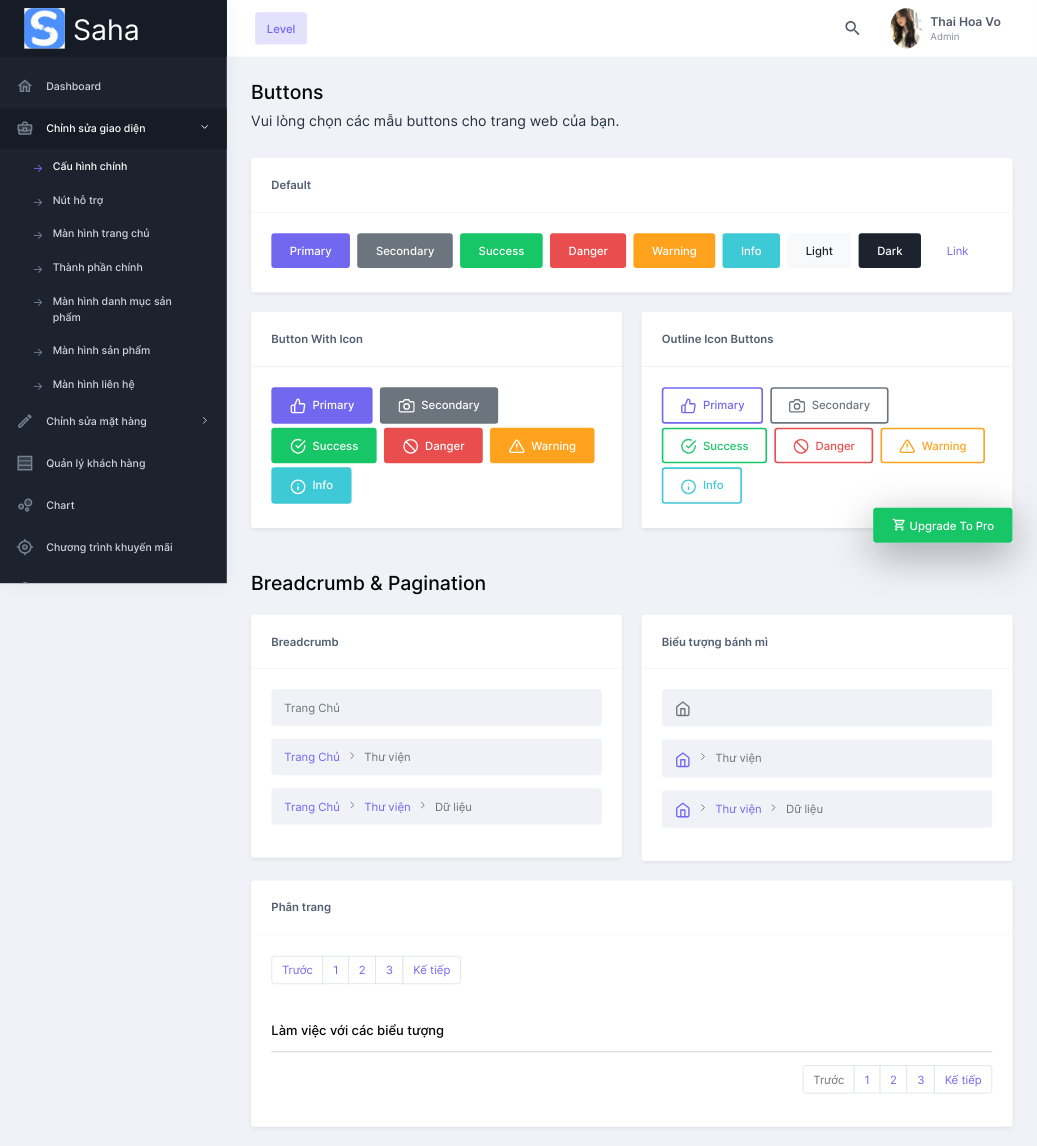
Repository: vothaihoa1998/sahashop.github.io
Page: edit-ui.html
These files come from the project's save history. The page is drawn as it stood at one moment and after the next save; the edit follows.
The browser window is 1280 px wide. The pictures show the whole page, at 81% of full size.

Above is the page before, as saved 2021-07-08 14:39:21.

After the next save:
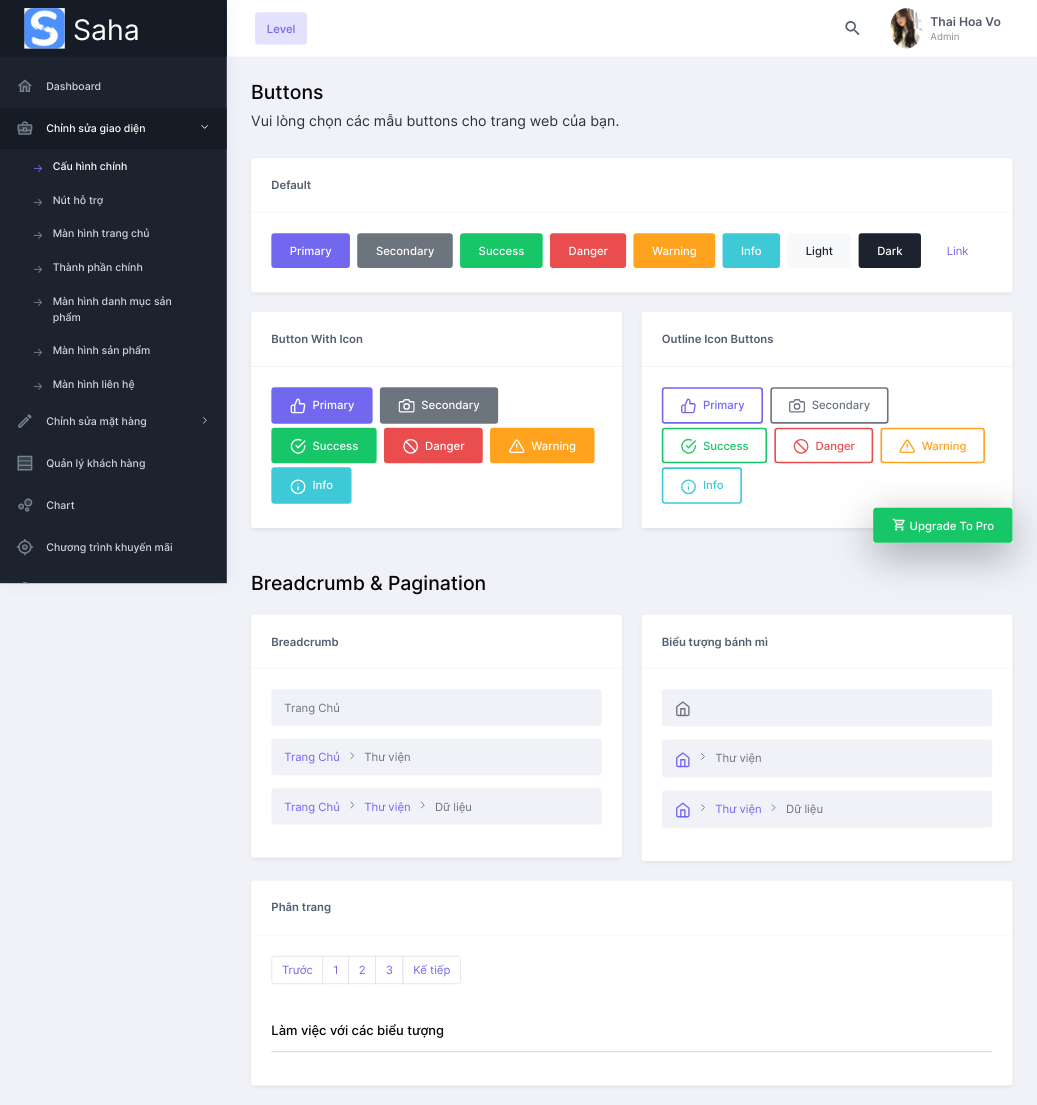
Saved 10 s later.
--- a/edit-ui.html
+++ b/edit-ui.html
@@ -502,19 +502,7 @@
 						<h5 class="mt-5"><font style="vertical-align: inherit;"><font style="vertical-align: inherit;">Làm việc với các biểu tượng</font></font></h5>
 						<hr>
 
-						<nav aria-label="Ví dụ về điều hướng trang">
-							<ul class="pagination justify-content-end">
-								<li class="page-item disabled">
-									<a class="page-link" href="#!" tabindex="-1"><font style="vertical-align: inherit;"><font style="vertical-align: inherit;">Trước</font></font></a>
-								</li>
-								<li class="page-item"><a class="page-link" href="#!"><font style="vertical-align: inherit;"><font style="vertical-align: inherit;">1</font></font></a></li>
-								<li class="page-item"><a class="page-link" href="#!"><font style="vertical-align: inherit;"><font style="vertical-align: inherit;">2</font></font></a></li>
-								<li class="page-item"><a class="page-link" href="#!"><font style="vertical-align: inherit;"><font style="vertical-align: inherit;">3</font></font></a></li>
-								<li class="page-item">
-									<a class="page-link" href="#!"><font style="vertical-align: inherit;"><font style="vertical-align: inherit;">Kế tiếp</font></font></a>
-								</li>
-							</ul>
-						</nav>
+
 					</div>
 				</div>
 			</div>
